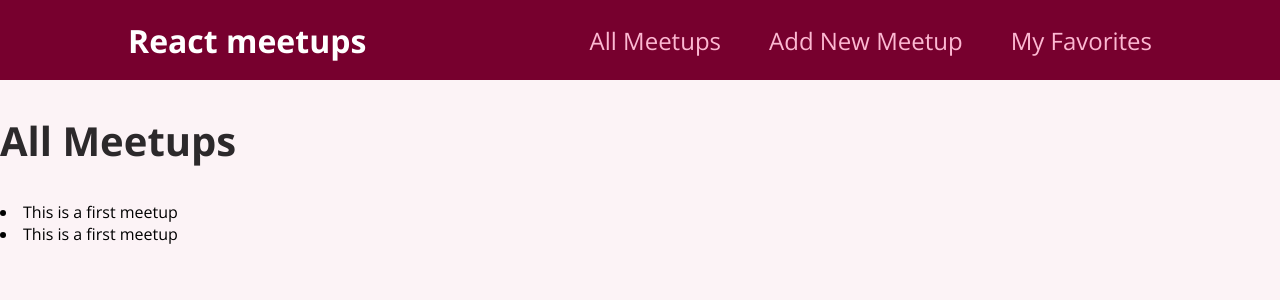
Repository: peterclermy232/React-simple-project
Page: /
These files come from the project's save history. The page is drawn as it stood at one moment and after the next save; the edit follows.
The browser window is 1280 px wide. The pictures show the whole page.
The project was rebuilt for these pictures with package versions that can differ from the ones it lists, and the page was loaded fresh each time. Also part of the build but not shown: src/Pages/NewMeetups.js, src/Pages/Favorites.js.

Above is the page before, as saved 2022-01-18 09:25:00.

After the next save:
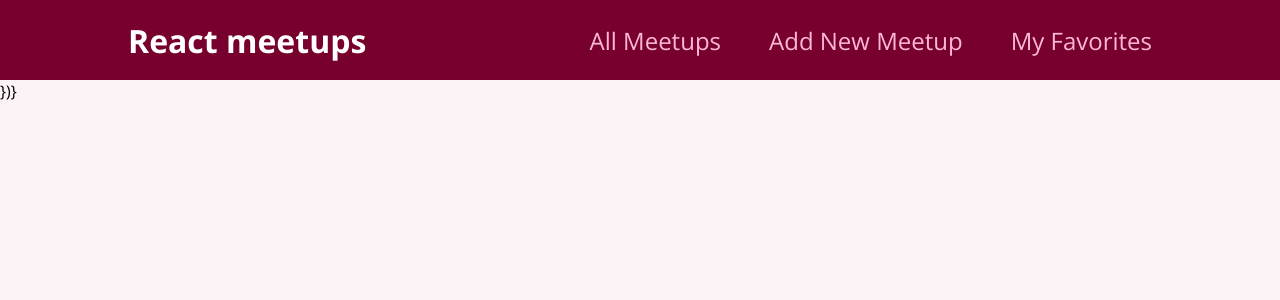
Saved 102 s later.
--- a/src/Pages/AllMeetups.js
+++ b/src/Pages/AllMeetups.js
@@ -22,9 +22,9 @@ const DUUMY_DATA =[
 function AllMeetupsPage() {
     return (
         <section>
-            <h1>All Meetups</h1>
-            {DUUMY_DATA.map((meetup)=>{
-                return <li key={meetup.id}>{meetup.title}</li>
+
+
+
             })}
         </section>
     )
